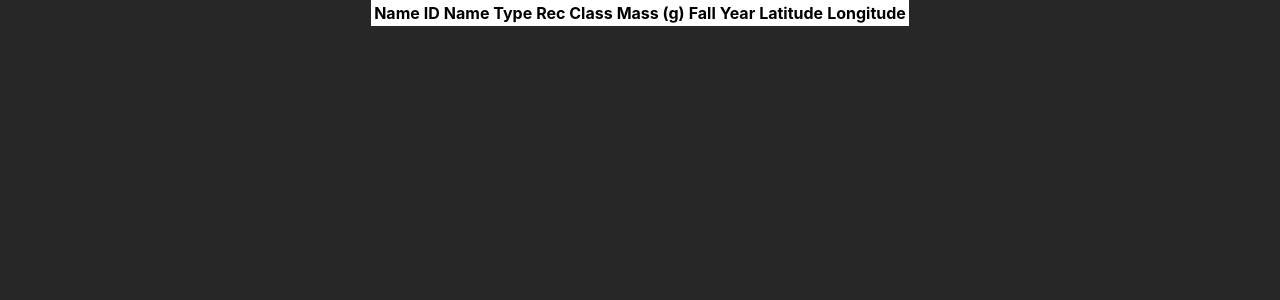
Repository: Tsardines/meteorite-explorer
Page: / (app in meteorite-explorer/)
An editor plug-in stored every save of this project. The page is shown before and after the next save, followed by the edit.
The browser window is 1280 px wide. The pictures show the whole page.
The page's requests for data from a server got no answer. The project was rebuilt for these pictures with package versions that can differ from the ones it lists, and the page was loaded fresh each time. No one was signed in, and anything a server would have sent is missing.

Above is the page before, as saved 2019-05-27 16:37:51.

After the next save:
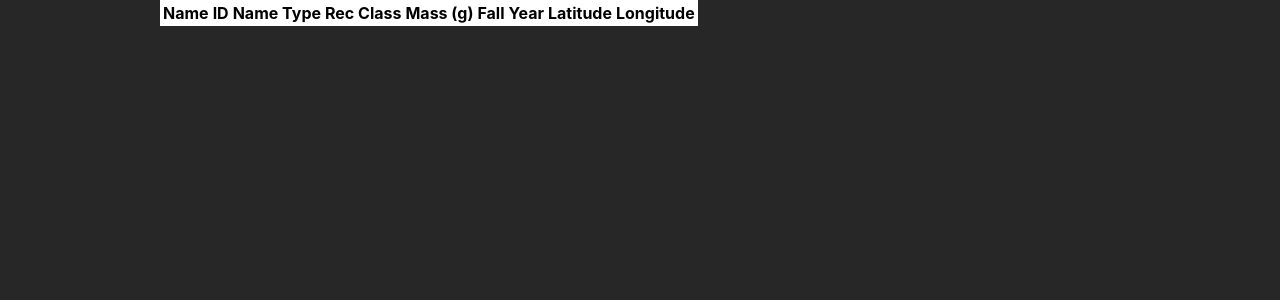
Saved 12 s later.
--- a/meteorite-explorer/src/App.css
+++ b/meteorite-explorer/src/App.css
@@ -10,7 +10,7 @@ body {
 
 .my-table {
   background-color: white;
-  margin: 0 auto;
+  margin: 0 10rem;
 }
 
 .my-table tr:nth-child(odd):hover {
